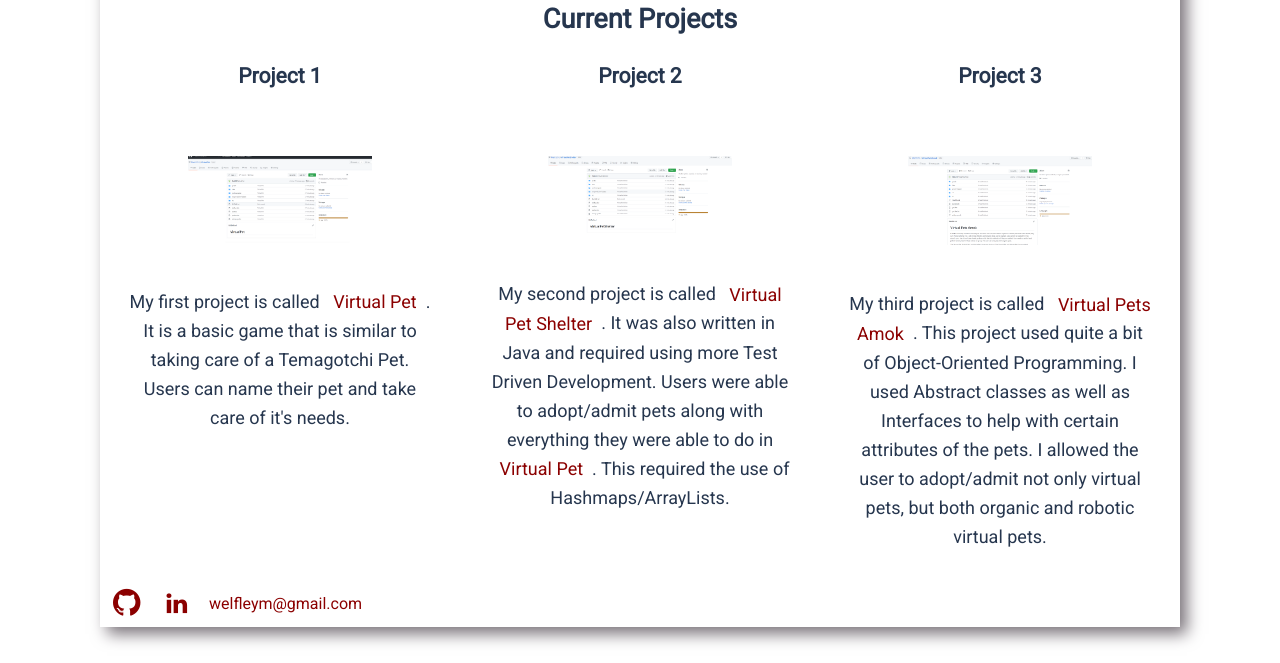
Repository: Matt1218/Matt1218.github.io
Page: index.html
These files come from the project's save history. The page is drawn as it stood at one moment and after the next save; the edit follows.
The browser window is 1280 px wide. The pictures show the part of the page from y = 565 to 1228 px (the page is 1228 px tall before and 1220 px after).
The pointer rests on the first visible `#footer a`.
A picture or video elsewhere on the page could not be fetched, so the positions and the page height are approximate.

Above is the page before, as saved 2022-03-21 14:19:51.

### index.html
<!DOCTYPE html>
<html lang="en">

<head>
    <meta charset="UTF-8">
    <meta http-equiv="X-UA-Compatible" content="IE=edge">
    <meta name="viewport" content="width=device-width, initial-scale=1.0">
    <link rel="stylesheet" href="https://cdnjs.cloudflare.com/ajax/libs/font-awesome/4.7.0/css/font-awesome.min.css">
    <link rel="stylesheet" href="style.css">
    <title>Matt's Portfolio</title>
</head>

<body>
    <div class="container">
        <header class="page-header">
            <h1 id="header-logo">Matt Welfley</h1>
            <ul class="header-nav">
                <li>
                    <nav class="header-nav-item"><a href="#profile">About Me</a></nav>
                </li>
                <li>
                    <nav class="header-nav-item"><a href="#projects">Projects</a></nav>
                </li>
            </ul>
        </header>
        <section id="profile">

            <figure id="profile-image">
                <img src="./assets/Headshot (2).jpg" alt="A profile picture of me">
            </figure>
            <article class="bio">
                <h2>About Me:</h2>
                <p>I graduated from Kent State University with a Bachelor's of Arts Degree in Organizational
                    Communication. I enjoy backpacking, climbing, disc golf, and writing clean, functional code. I am
                    currently
                    based in Kent, Ohio. </p>
                <section class="skills">
                    <h2>Technical Skills:</h2>
                    <ul>
                        <li>Java</li>
                        <li>HTML</li>
                        <li>CSS</li>
                        <li>JavaScript</li>
                        <li>MVC</li>
                        <li>Spring</li>
                        <li>Thymeleaf</li>
                        <li>Object Oriented Programming</li>
                    </ul>
                </section>

            </article>

        </section>

        <h2 id="projects-title">Current Projects</h2>
        <section id="projects">
            <article class="projects-column">
                <h3 class="projects-column-title">Project 1</h3>
                <figure class="projects-column-figure">
                    <img src="./assets/VIrtualPetScreenshot.png" alt="VirtualPetScreenshot" class="projects-image-1">
                    <p>My first project is called <a href="https://github.com/Matt1218/VirtualPet">Virtual Pet</a>. It
                        is a
                        basic game that is similar to taking care of a Temagotchi Pet. Users can name their pet and take
                        care of it's needs.</p>
                </figure>
            </article>

            <article class="projects-column">
                <h3 class="projects-column-title">Project 2</h3>
                <figure class="projects-column-figure">
                    <img src="./assets/VirtualPetShelterScreenshot.png" alt="VirtualPetShelterScreenshot"
                        class="projects-image-2">
                    <p>My second project is called <a href="https://github.com/Matt1218/VirtualPetShelter">Virtual Pet
                            Shelter</a>. It was also written in Java and required using more Test Driven Development.
                        Users
                        were able to adopt/admit pets along with everything they were able to do in <a
                            href="https://github.com/Matt1218/VirtualPet">Virtual Pet</a>. This required the use of
                        Hashmaps/ArrayLists.</p>
                </figure>
            </article>
            <article class="projects-column">
                <h3 class="projects-column-title">Project 3</h3>
                <figure class="projects-column-figure">
                    <img src="./assets/VirtualPetsAmokScreenshot.png" alt="VirtualPetsAmokScreenshot"
                        class="projects-image-3">
                    <p>My third project is called <a href="https://github.com/Matt1218/VirtualPetsAmok">Virtual Pets
                            Amok</a>. This project used quite a bit of Object-Oriented Programming. I used Abstract
                        classes
                        as well as Interfaces to help with certain attributes of the pets. I allowed the user to
                        adopt/admit
                        not only virtual pets, but both organic and robotic virtual pets.</p>
                </figure>
            </article>
        </section>

        <footer id="footer">
            <a id="github" href="https://github.com/Matt1218" class="fa fa-github"></a>
            <a id="linkedin" href="https://www.linkedin.com/in/matt-welfley" class="fa fa-linkedin"></a>
            <a id="email" href="mailto: welfleym@gmail.com">welfleym@gmail.com</a>
        </footer>
    </div>
</body>

</html>

### style.css
@import url('https://fonts.googleapis.com/css2?family=Roboto');

* {
    box-sizing: border-box;
    margin: 0;
    padding: 0;
}

html {
    color: rgb(38, 54, 78);
    font: 18px/1.618 sans-serif;
    font-family: 'Roboto', sans-serif;
}

a {
    color: darkred;
    padding: .25rem .5rem;
    text-decoration: none;
}

.container {
    background-color: white;
    margin: 2rem auto;
    max-width: 60rem;
    width: 90%;
    -webkit-box-shadow: 7px 7px 15px 0px rgba(122, 115, 122, 1);
    -moz-box-shadow: 7px 7px 15px 0px rgba(122, 115, 122, 1);
    box-shadow: 7px 7px 15px 0px rgba(122, 115, 122, 1);
}

.page-header {
    display: flex;
    align-items: center;
    justify-content: space-between;
}

#header-logo {
    margin-left: 1.5rem;
    font-style: bold;
}

.header-nav {
    display: flex;
    list-style-type: none;
}

.header-nav-item {
    list-style-type: none;
    margin: 1rem;
}

.header-nav-item:hover {
    background-color: grey;
    border: .5px solid rgb(38, 54, 78);
    border-radius: .5rem;
    transition: .5s;
}

#profile {
    display: flex;
    justify-content: space-between;
}

#profile img {
    width: 70%;
    margin: 1rem;
    height: auto;
    border-radius: 5px;

}

#projects img {
    width: 60%;
    margin: 2rem;
}

.bio {
    display: flex;
    flex-direction: column;
    margin: .5rem 3rem;
}

.skills {
    margin-top: 1rem;
}


#projects-title{
    text-align: center;
    margin: 1rem;
}

#projects{
    display: grid;
    grid-template-columns: 1fr 1fr 1fr;
}

.projects-column-title{
    text-align: center;
}

.projects-column-figure{
    text-align: center;
    margin: 1.5rem;
}

#footer{
    display: flex;
    align-items:center
}

#github, #linkedin {
    font-size: x-large;
    margin: 4px;
}

#email{
    font-size: medium;
    margin-bottom: -3px;
}

#footer a:hover{
    font-size: xx-large;
}

After the next save:
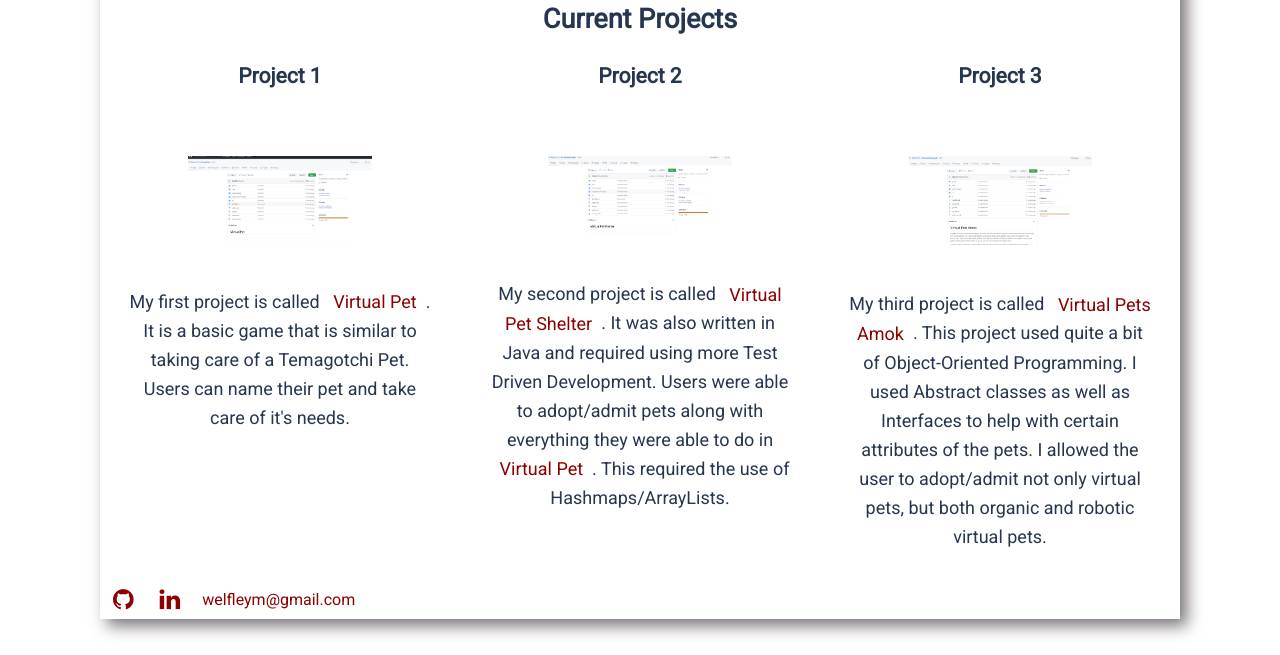
Saved 36 s later.
--- a/style.css
+++ b/style.css
@@ -119,6 +119,6 @@ a {
     margin-bottom: -3px;
 }
 
-#footer a:hover{
+#email:hover{
     font-size: xx-large;
 }
